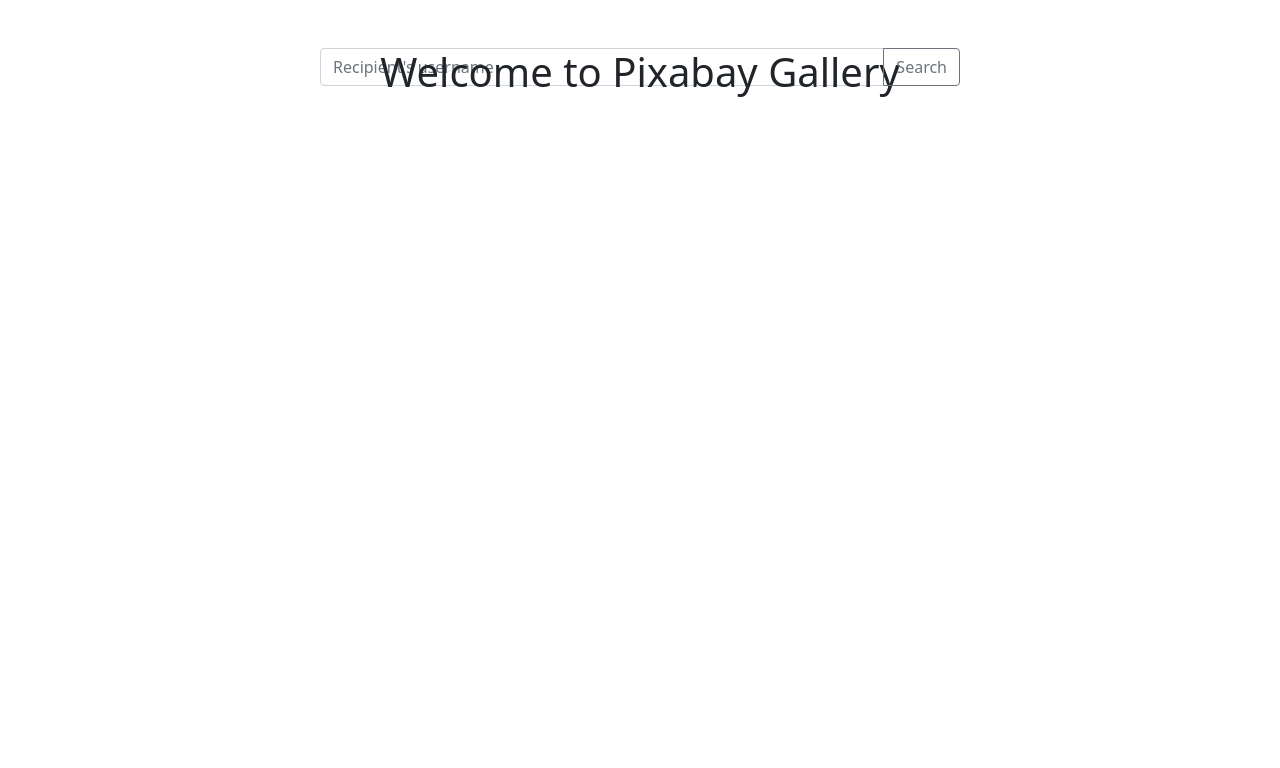
Repository: mehedi9465/PixaBay-Gallery
Page: index.html
These files come from the project's save history. The page is drawn as it stood at one moment and after the next save; the edit follows.
The browser window is 1280 px wide. The pictures show the whole page.

Above is the page before, as saved 2023-05-09 13:13:42.

After the next save:
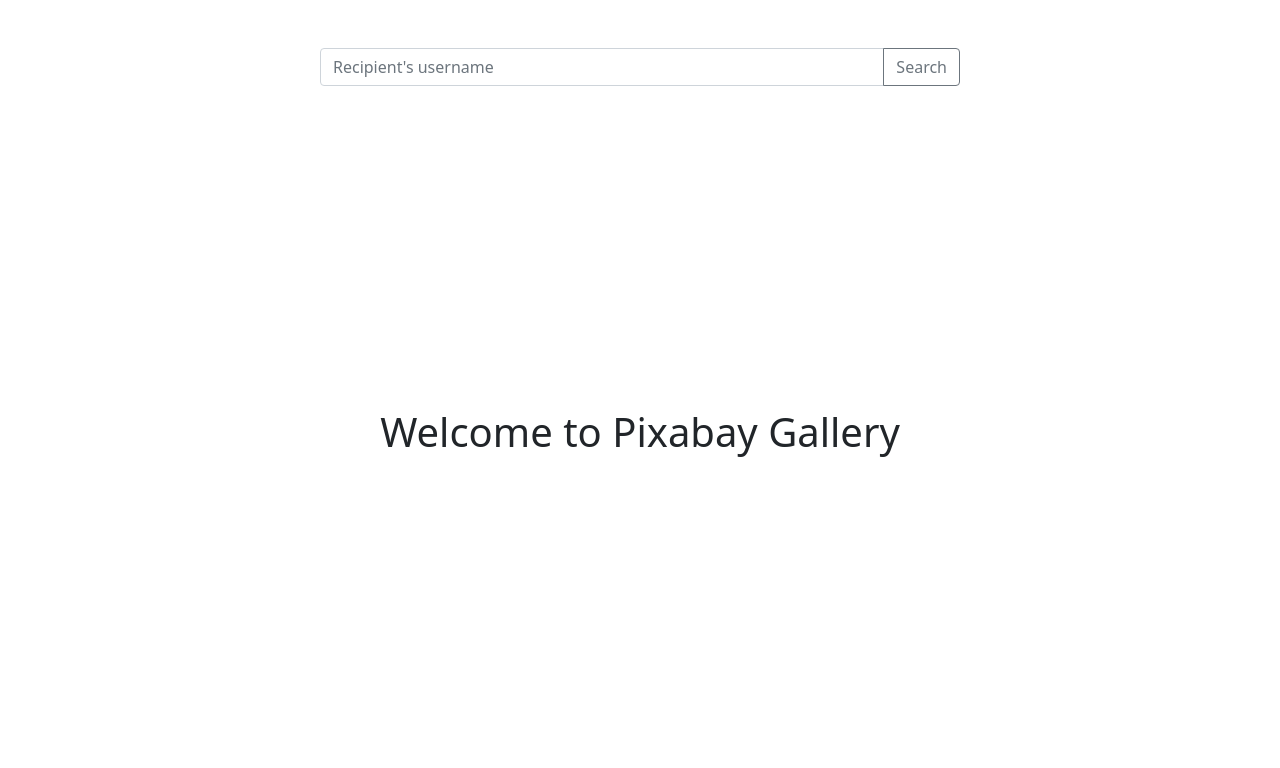
Saved 24 s later.
--- a/index.html
+++ b/index.html
@@ -43,7 +43,7 @@
           Search
         </button>
       </div>
-      <h1 class="text-center fs-1 position-absolute top-0 bottom-0 start-0 end-0 m-auto">Welcome to Pixabay Gallery</h1>
+      <h1 class="text-center fs-1 position-absolute top-50 bottom-0 start-0 end-0 m-auto">Welcome to Pixabay Gallery</h1>
       </div>
     </main>
 
